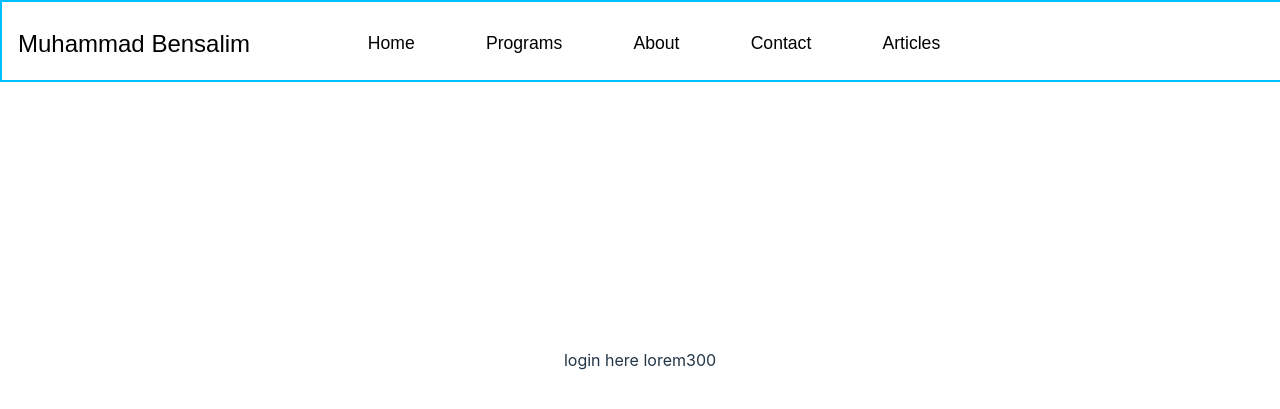
Repository: TMuse333/fitness_templates
Page: /progress
The author's editor kept a copy of each file at every save. The page is drawn from the files as they stood at one save, then again after the next save.
The browser window is 1280 px wide. The pictures show the whole page.
The project was rebuilt for these pictures with package versions that can differ from the ones it lists, and the page was loaded fresh each time. Also part of the build but not shown: vite.config.js, src/components/herobanner/herobanner.css, src/components/herobanner/herobanner.jsx, src/components/about/about.css, src/components/about/about.jsx, src/components/serviceOffering/serviceOffering.css, src/components/serviceOffering/serviceOffering.jsx, src/data/data.js and 33 more. Imported but missing from the stored project, and not drawn on this page: src/media/best_dunk.mp4.

Above is the page before, as saved 2024-03-09 19:19:29.

### src/main.jsx
import './index.css'
import * as React from 'react';
import { StrictMode } from 'react';
import { createRoot } from 'react-dom/client';
import { BrowserRouter } from 'react-router-dom';

import App from './App';

const rootElement = document.getElementById('root');
const root = createRoot(rootElement);

root.render(
  <StrictMode>
    <BrowserRouter>
      <App />
    </BrowserRouter>
  </StrictMode>
);

### src/index.css
:root {
  font-family: Inter, system-ui, Avenir, Helvetica, Arial, sans-serif;
  line-height: 1.5;
  font-weight: 400;

  color-scheme: light dark;
  color: rgba(255, 255, 255, 0.87);
  background-color: #242424;

  font-synthesis: none;
  text-rendering: optimizeLegibility;
  -webkit-font-smoothing: antialiased;
  -moz-osx-font-smoothing: grayscale;
}

a {
  font-weight: 500;

  text-decoration: inherit;
}
a:hover {

}

body {
  margin: 0;
  display: flex;
  place-items: center;
  min-width: 320px;
  min-height: 100vh;
}

h1 {
  font-size: 3.2em;
  line-height: 1.1;
}

button {
/* border: none;
  padding: 0.6em 1.2em;
  font-size: 1em;
  font-weight: 500;
  font-family: inherit;

  cursor: pointer;
  transition: border-color 0.25s;
  transition: all 0.3s ease-in; */
  background-color: #00bfff;

  font-size: 1.5rem;
  border-radius: 1rem;
  padding: 0.6rem 1.2rem;
  font-weight: 500;
  border: none;
  margin: 0 auto;
}
button:hover {
  /* transform: scale(1.3); */

}
button:focus,
button:focus-visible {
  outline: 4px auto -webkit-focus-ring-color;
}

@media (prefers-color-scheme: light) {
  :root {
    color: #213547;
    background-color: #ffffff;
  }
  a:hover {
    color: #747bff;
  }
  button {
    background-color: #f9f9f9;
  }
}

### src/App.jsx
import { useState } from 'react'

import './App.css'
import Homepage from '../pages/homepage'
import Program from '../pages/program';
import { BrowserRouter as Router, Route, Routes } from 'react-router-dom';
import Contact from '../pages/contact';
import About from '../pages/about';
import Articles from '../pages/articles';
import Progress from '../pages/progress';


function App() {
  const [count, setCount] = useState(0)

  return (
    <>
    <Routes>
      <Route path='/'
        element={<Homepage/>}
        />
        <Route path='programs'
        element={<Program/>}
        />
        <Route path='contact'
        element={<Contact/>}
        />
        <Route path='about'
        element={<About/>}
        />
        <Route path='articles'
        element={<Articles/>}
        />
        <Route path='progress'
        element={<Progress/>}
        />
    </Routes>

    </>
  )
}

export default App

### src/App.css
#root {
  max-width: 1280px;
  margin: 0 auto;
  padding: 2rem;
  text-align: center;
}

.logo {
  height: 6em;
  padding: 1.5em;
  will-change: filter;
  transition: filter 300ms;
}
.logo:hover {
  filter: drop-shadow(0 0 2em #646cffaa);
}
.logo.react:hover {
  filter: drop-shadow(0 0 2em #61dafbaa);
}

.homepage{
  position: absolute;
  left:0;
  top:0;
  overflow-x: hidden;
  background: radial-gradient(circle at center, rgba(1, 181, 241, 0.7), rgba(24, 60, 84, 0.7));
}

.program-container, .personal-container, .articles-container{
  position: absolute;
  top:0;
  left:0;
  overflow-x: hidden;
}

.program-video{
  background-color: red;
}

.questions-list{
  margin-bottom: 3rem;
}



@keyframes logo-spin {
  from {
    transform: rotate(0deg);
  }
  to {
    transform: rotate(360deg);
  }
}

@media (prefers-reduced-motion: no-preference) {
  a:nth-of-type(2) .logo {
    animation: logo-spin infinite 20s linear;
  }
}

.card {
  padding: 2em;
}

.read-the-docs {
  color: #888;
}

### pages/progress.jsx
import React from "react";
import Navbar from "../src/components/navbar/navbar";
import Login from "../src/components/login/Login";



const Progress = () => {

    const links = [
        {
            dest:'/',
            name:'Home'
          },
        {
            dest:'programs',
            name:'Programs'
        },
        {
            dest:'about',
            name:'About'
        },
        {
            dest:'contact',
            name:'Contact'
        },
        {
            dest:'articles',
            name:"Articles"
        },

    ]

    return (<>
<Navbar links={links}
/>
       <Login/>
        </>

    )
}


export default Progress

### src/components/navbar/navbar.jsx
import React, { useState,useEffect } from 'react';
// import { FaArrowLeft, FaArrowRight } from 'react-icons/fa';
import { Link } from 'react-router-dom';
import './navbar.css'

import nobg from '../../media/quantum-striker-pose.png'





const Navbar = ({links,id}) => {
  const [subMenuVisible, setSubMenuVisible] = useState(false);
  const [isMobile, setIsMobile] = useState(true)
  const [hovered, setHovered] = useState(false)
  const [navHovered, setNavHovered] = useState(null)

  const handleMouseEnter = () => {
    setHovered(true)
  }

  const handleMouseLeave = () => {
    setHovered(false)
  }

  const handleNavEnter = (index) => {
    setNavHovered(index);
  };

  const handleNavLeave = () => {
    setNavHovered(null);
  };

  const toggleSubMenu = () => {

    setSubMenuVisible(!subMenuVisible);
  };


  useEffect(() => {
    // Function to update sub-menu visibility when the screen width changes
    const handleResize = () => {
      const screenWidth = window.innerWidth;
      setIsMobile(!(screenWidth >= 865)); // Set subMenuVisible to true if screen width is at least 415 pixels
    };

    // Add a resize event listener to update the sub-menu visibility
    window.addEventListener('resize', handleResize);

    // Initial call to set sub-menu visibility based on current screen width
    handleResize();

    // Clean up the event listener when the component unmounts
    return () => {
      window.removeEventListener('resize', handleResize);
    };
  }, []);

  const style = {
height: isMobile && !subMenuVisible ? '0px' :  isMobile ? '190px' : 'auto',
overflowY:'hidden',
width: isMobile ?'80px':'auto',
backgroundImage: isMobile ? 'linear-gradient(to right, #00bfff, #4db8ff, #64bcff, #00bfff)' : null,
transition: isMobile? 'height 0.3s ease-in,padding 0.3s ease-in' : null,
marginTop: isMobile ? '1rem' : null,
borderRadius:'10px',
paddingTop:subMenuVisible ?'1rem' : '0'



  };

  const navStyle = (index) => {

    return{
      backgroundColor: navHovered === index? '#00bfff' : null,
      padding:'0 0.55rem 0 0.55rem',
      borderRadius:'7px',
      // color:navHovered === index? '#6c5933' : null,
    }
  }

  const logoStyle = {
    transform: hovered || subMenuVisible? 'scale(1.3)' : 'scale(1)',
    width:'50px',
    transition:'all ease-in 0.3s',
    backgroundColor:'transparent',
    marginTop:'-1rem'
  }

  return (

    <div className='navbar-container'
    id={id}>
    <p
          className='big-logo'
          style={logoStyle}
          />
    <div className='navbar-logo'>

   <Link to='/'
   className='home-nav'>


        <p className='navbar-logo'
      >Muhammad Bensalim</p>
       </Link>

      </div>




      <div className='list-container'>
        <button onClick={toggleSubMenu}

        className='mini-logo'

        >



       <img style={logoStyle}
       onMouseEnter={handleMouseEnter}
       onMouseLeave={handleMouseLeave}
       src={nobg}

 />
        </button>
        <ul
        className='nav-list'
        style={style}

         >

          {links.map((link,index) => (
            <Link to={link.dest}
            key={index}
            className='nav-link'>
                <li
                onMouseEnter={()=>handleNavEnter(index)}
                onMouseLeave={()=>handleNavLeave()}
                style={navStyle(index)}>
                  {link.name}
                </li>
            </Link>
          ))}

        </ul>
      </div>




       </div>

  );
};

export default Navbar;

### src/components/login/Login.jsx
import React from "react";





const Login = () => {

    return(

        <>


        <div className="login-container">
            login here lorem300
        </div>
        </>
    )
}

export default Login

### src/components/navbar/navbar.css
/* Add this to your navbar.css file */

.navbar-container{


    position: fixed;
     width: 100vw;

     top: 0px;
     left:0px;
     background:rgba(255, 255, 255, 0.7) ;

     height: 70px;
     z-index: 30;
  padding-top: 0.5rem;
  border-bottom: 2px solid #333;

    border: 2px solid #00bfff;

   }

   #overview-nav{
    background: radial-gradient(circle at center, rgba(0, 153, 205, 0.7), rgba(48, 115, 160, 0.9));
   }

   .big-logo{
     display: none;
   }

   .list-container {
    color:white;
    transform: translateY(-2.5rem);
    width:min-content;
    margin-left: auto;
    /* background-color: #BE9F5B; */
    margin-right: 2rem;
  /* background: linear-gradient(to right, #6c5933, #be9f5b, #6c5933);; */



   }

   .nav-list{
     /* margin-right: 2rem; */
     width: 50px;
     align-items: center;
     display:flex;
     flex-direction: column;
     margin-right: -1.5rem;
     color:black;
     /* background-color: #BE9F5B;
     background: linear-gradient(to right, #6c5933, #be9f5b, #6c5933); */
   }

   .home-nav{
    text-decoration: none;
   }

   .list-container li{
     list-style-type: none;
     /* transform: translateX(-25%); */
     padding:10px;
     color:black;
     font-weight: 500;
     transform: translateX(-1rem);
     font-family: 'Palatino Sans', 'Palatino Sans Informal', 'Palatino Sans Text', 'Palatino Sans W1G', 'Palatino Sans W01', sans-serif;
    text-decoration: none;
    margin-top: 0.5rem;
    margin-bottom: 1rem;
    /* color:white; */



     /* margin-top: -2rem; */

   }

   .list-container li a {
    text-decoration: none;
    color:white;
   }

   .mini-logo {
     display: flex;
     justify-content: center;
     align-items: center;
     margin-top: -1rem;
     height: 2.5rem;
     width: 2rem; /* Set the width and height to make it a perfect circle */
     padding: 0; /* Remove padding */
     border-radius: 50%; /* Make it circular */
     margin-left: auto;

     /* margin-right: auto; */
     background-color: transparent;
     border-color: transparent;



   }

   .navbar-logo{
     color:black;
     text-align: left;
     margin-left: 0.5rem;
     font-family: 'Abhaya Libre', sans-serif;
     font-size: 1.3rem;
     margin-top: 1.3rem;
     /* background-color: #BE9F5B; */
     /* background-image: url(src/media/SAINEY-MEDIA.png); */

   }

   .nav-button::before,
   .nav-button::after {
     content: '';
     position: absolute;
     background-color: #d15959; /* Set the color of the lines */
     height: 2px; /* Set the height of the lines */
     width: 10%; /* Set the width of the lines */
   }

   .nav-button::before {
     top: 5%;
   }

   .nav-button::after {
     top: 8%;
   }

  .nav-link{
  text-decoration: none;
  color:white;
  }

  @media screen and (min-width:400px){
    .mini-logo{
      margin-right: 1.5rem;
    }
  }



   @media screen and (min-width: 865px)  {
     .nav-list {
       display: flex;
       width:max-content;
       flex-direction: row;
       justify-content: space-between;
       padding:0 5px 0 5px;
       margin-top: -0.8rem;
       height:100%;
       /* transform: translateX(1rem); */
       /* background-color: rgb(38, 37, 79); */
       /* background-color: #d15959; */




       /* background-color: ; */
     }

     /* .navbar-container{
      width:98vw;
     } */

     .list-container{
      width:45vw;
      margin-top: -1.5rem;
     }

     .list-container li{
      font-size: 1.1rem;
      font-weight: 400;
     }



     .nav-button{
       /* display: none; */
     }

     .list-container li{
       transform: translateX(0rem);
       white-space: nowrap;
       padding:0;
     }

     .list-container{

       margin-left: auto;
       margin-right: auto;
     }

     .mini-logo{
       display: none;
     }

     .navbar-logo{
      font-size: 1.5rem;
      margin-top: 1rem;
     }

     .big-logo{
       position: absolute;
       right:2rem;
       display: flex;
       top:1rem;
     }

     /* .navbar-logo{
       display: none;
     } */
   }

Loaded but not shown: index.html (common file)

After the next save:
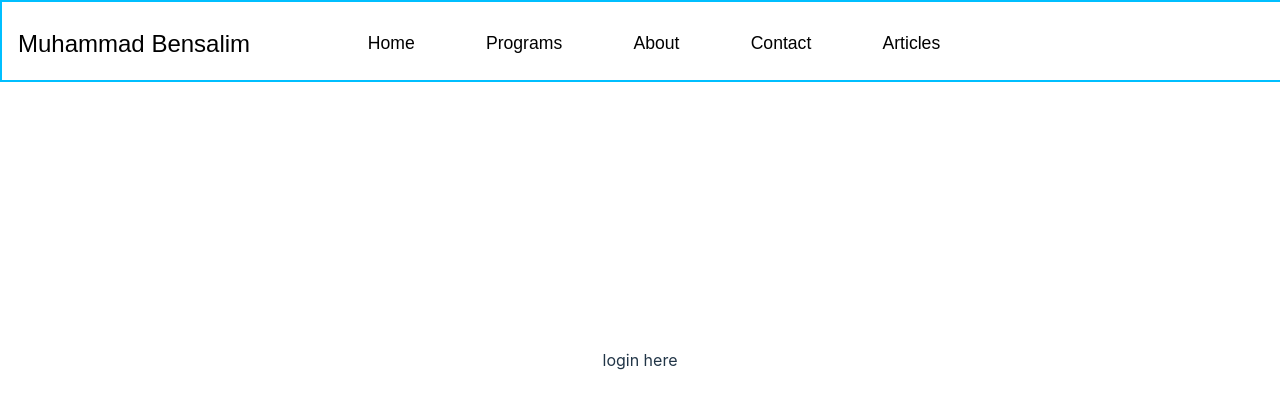
Saved 8 s later.
--- a/src/components/login/Login.jsx
+++ b/src/components/login/Login.jsx
@@ -12,7 +12,7 @@ const Login = () => {
 
 
         <div className="login-container">
-            login here lorem300
+            login here
         </div>
         </>
     )
